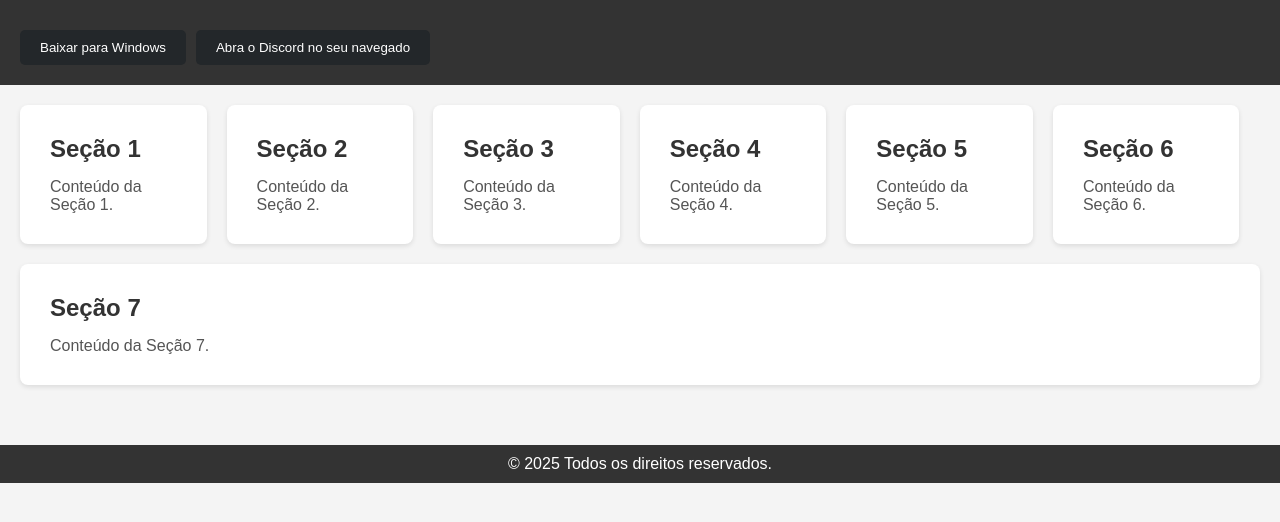
Repository: gustavotwist/projeto-discord
Page: index.html
These files come from the project's save history. The page is drawn as it stood at one moment and after a run of saves; the edit follows.
The browser window is 1280 px wide. The pictures show the whole page.

Above is the page before, as saved 2025-03-10 10:03:03.

### index.html
<!DOCTYPE html>
<html lang="pt-br">
<head>
    <meta charset="UTF-8">
    <meta name="viewport" content="width=device-width, initial-scale=1.0">
    <title>Desafio de Responsividade</title>
    <link rel="stylesheet" href="/css/style.css">
</head>
<body>
    <!-- Header -->
    <header>
        <div class="header-buttons">
            <button class="btn login-btn">Baixar para Windows</button>
            <button class="btn signup-btn">Abra o Discord no seu navegado</button>
        </div>
    </header>

    <!-- Main -->
    <main>
        <!-- Container para as 7 seções (6 lado a lado e a 7ª embaixo) -->
        <div class="section-container">
            <!-- Section 1 -->
            <section id="section1">
                <h2>Seção 1</h2>
                <p>Conteúdo da Seção 1.</p>
            </section>

            <!-- Section 2 -->
            <section id="section2">
                <h2>Seção 2</h2>
                <p>Conteúdo da Seção 2.</p>
            </section>

            <!-- Section 3 -->
            <section id="section3">
                <h2>Seção 3</h2>
                <p>Conteúdo da Seção 3.</p>
            </section>

            <!-- Section 4 -->
            <section id="section4">
                <h2>Seção 4</h2>
                <p>Conteúdo da Seção 4.</p>
            </section>

            <!-- Section 5 -->
            <section id="section5">
                <h2>Seção 5</h2>
                <p>Conteúdo da Seção 5.</p>
            </section>

            <!-- Section 6 -->
            <section id="section6">
                <h2>Seção 6</h2>
                <p>Conteúdo da Seção 6.</p>
            </section>

            <!-- Section 7 -->
            <section id="section7">
                <h2>Seção 7</h2>
                <p>Conteúdo da Seção 7.</p>
            </section>
        </div>
    </main>

    <!-- Footer -->
    <footer>
        <p>&copy; 2025 Todos os direitos reservados.</p>
    </footer>
</body>
</html>

### css/style.css
/* Reset de estilos */
* {
    margin: 0;
    padding: 0;
    box-sizing: border-box;
}

/* Corpo e fontes */
body {
    font-family: Arial, sans-serif;
    background-color: #f4f4f4;
    color: #333;
}

/* Header */
header {
    background-color: #333;
    color: white;
    display: flex;
    fle
    justify-content: space-between;
    align-items: center;
    padding: 20px;
    position: relative;
}


/* Botões no header */
/* Estilos para o contêiner de botões */
.header-buttons {
    display: flex;
    gap: 10px; /* Espaçamento entre os botões */
    margin-top: 10px; /* Distância entre os botões e a navegação */
    justify-content: center; /* Alinha os botões ao centro horizontalmente */
    align-items: center; /* Alinha os botões ao centro verticalmente */
}


/* Estilos gerais para os botões */
.header-buttons .btn {
    color: white;
    border: none;
    padding: 10px 20px;
    border-radius: 5px;
    cursor: pointer;
    transition: background-color 0.3s ease; /* Transição suave para o efeito de hover */
}

/* Botão de Entrar - Cor de fundo e hover específicos */
.header-buttons .login-btn {
    background-color: #23272A; /* Cor de fundo para o botão "Entrar" */
}

.header-buttons .login-btn:hover {
    background-color: #23272A ; /* Cor de fundo mais escura ao passar o mouse */
}

/* Botão de Registrar - Cor de fundo e hover específicos */
.header-buttons .signup-btn {
    background-color: #23272A; /* Cor de fundo para o botão "Registrar" */
}

.header-buttons .signup-btn:hover {
    background-color: #23272A; /* Cor de fundo mais escura ao passar o mouse */
}


/* Main */
main {
    padding: 20px;
}

/* Container para as 7 seções (6 lado a lado e a 7ª embaixo) */
.section-container {
    display: flex;
    flex-wrap: wrap; /* Para que as seções se ajustem em múltiplas linhas */
    gap: 20px; /* Espaçamento entre as seções */
}

/* Estilo para cada seção */
section {
    background-color: white;
    padding: 30px;
    margin: 0;
    border-radius: 8px;
    box-shadow: 0 2px 5px rgba(0, 0, 0, 0.1);
    transition: transform 0.3s ease;
}

/* Largura das seções */
section:nth-child(-n+6) {
    width: calc(16.66% - 20px); /* Para as 6 primeiras seções ficarem lado a lado */
}

section:nth-child(7) {
    width: 100%; /* A 7ª seção ocupa toda a largura da tela */
}

section h2 {
    margin-bottom: 15px;
    font-size: 1.5rem;
    color: #333;
}

section p {
    font-size: 1rem;
    color: #555;
}

section:hover {
    transform: translateY(-5px); /* Efeito de elevação ao passar o mouse */
}

/* Footer */
footer {
    background-color: #333;
    color: white;
    text-align: center;
    padding: 10px 0;
    margin-top: 40px;
}

/* Responsividade */
@media (max-width: 768px) {
    /* Ajuste para Header */
    header {
        flex-direction: column;
        align-items: flex-start;
        padding: 20px;
    }

    header nav ul {
        flex-direction: column;
        margin-top: 20px;
    }

    header nav ul li {
        margin-left: 0;
        margin-bottom: 10px;
    }

    /* Ajuste para Seções */
    section {
        width: 100%; /* Seções ocupam toda a largura em telas menores */
        padding: 20px;
    }

    /* Ajuste para Botões */
    .header-buttons {
        flex-direction: column;
        margin-top: 10px;
    }
}

@media (max-width: 480px) {
    /* Ajuste para texto no Footer */
    footer p {
        font-size: 0.8rem;
    }
}

After the next 4 saves:
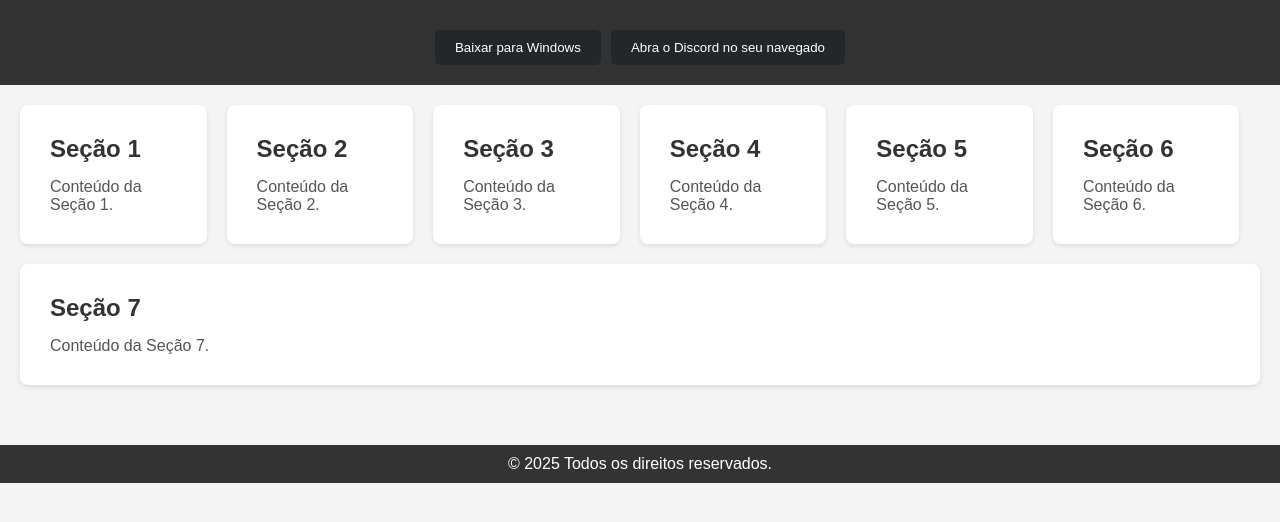
The 4 saves are shown as one change because they came seconds apart.
The last was saved 11 s later.
--- a/css/style.css
+++ b/css/style.css
@@ -17,7 +17,7 @@ header {
     background-color: #333;
     color: white;
     display: flex;
-    fle
+    flex-direction: column;
     justify-content: space-between;
     align-items: center;
     padding: 20px;
